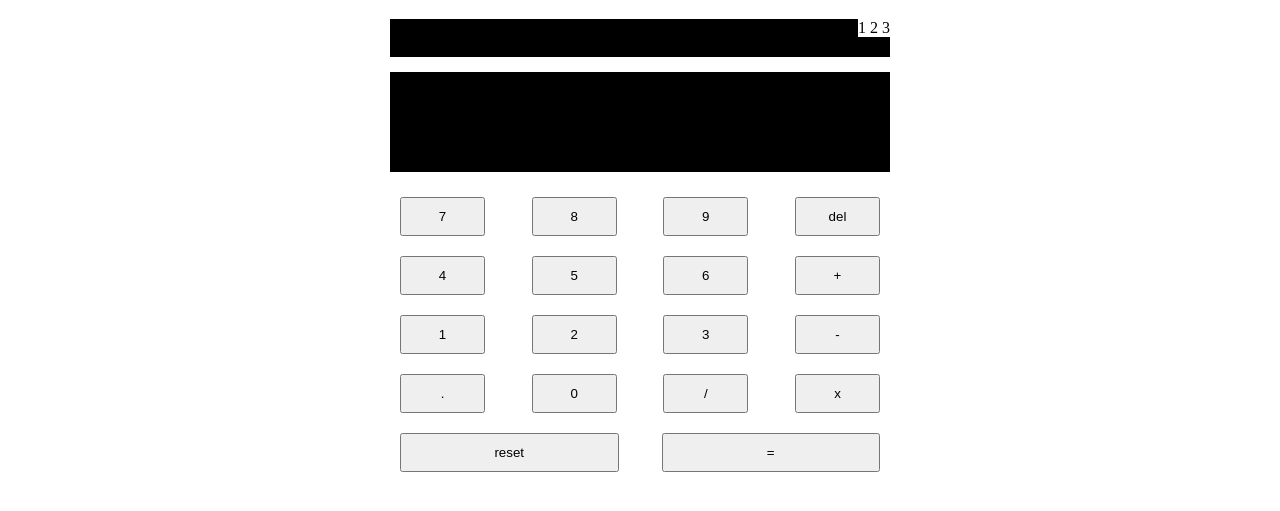
Repository: Eugene44-hub/basic-calculator
Page: index.html
These files come from the project's save history. The page is drawn as it stood at one moment and after a run of saves; the edit follows.
The browser window is 1280 px wide. The pictures show the whole page.

Above is the page before, as saved 2021-10-01 14:31:02.
Console error: SyntaxError: Unexpected end of input

After the next 2 saves:
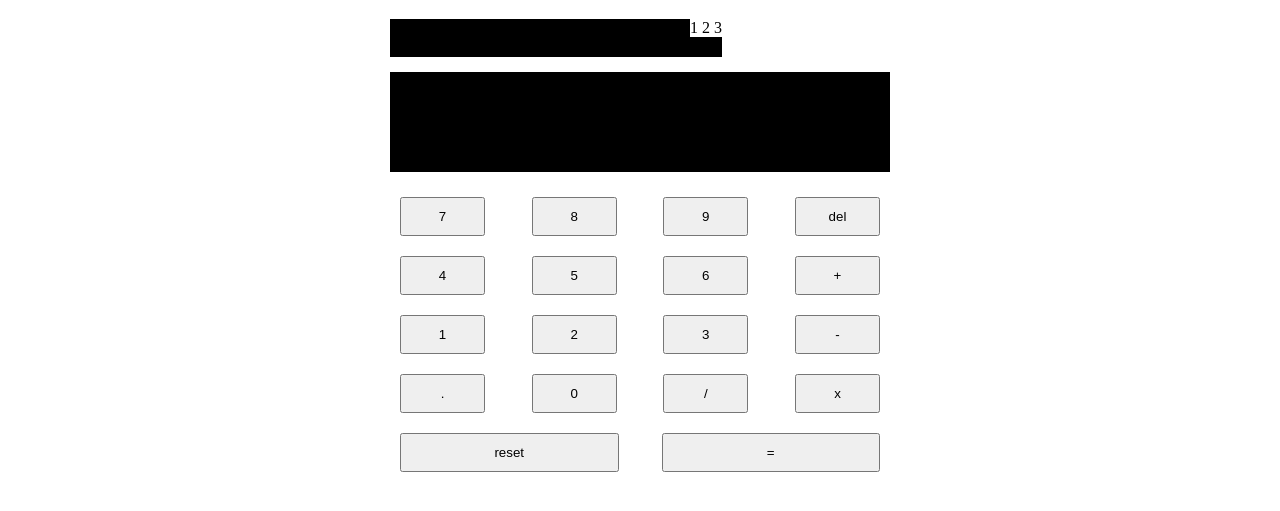
The 2 saves are shown as one change because they came seconds apart.
The last was saved 14 s later.
--- a/style.css
+++ b/style.css
@@ -19,7 +19,7 @@
 }
 
 .header {
-    flex: 60%;
+    flex-basis: 60%;
     background-color: black;
 }
 

After the save that followed:
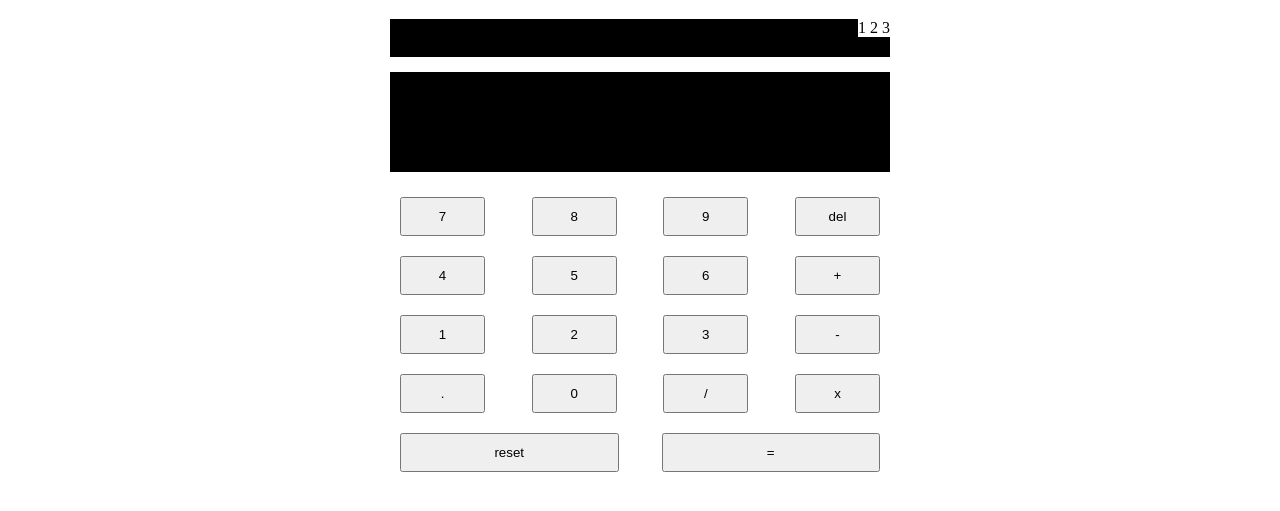
Saved 19 s later.
--- a/style.css
+++ b/style.css
@@ -19,7 +19,7 @@
 }
 
 .header {
-    flex-basis: 60%;
+    flex: 60%;
     background-color: black;
 }
 
